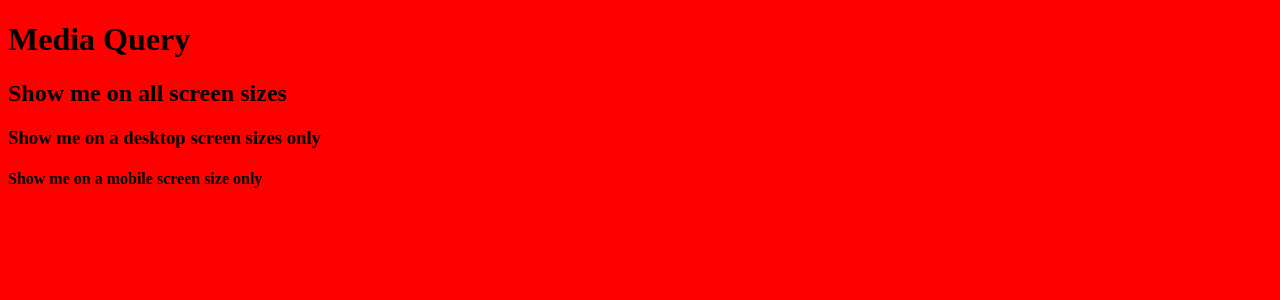
Repository: UnegbuAbigail/3-columns-cards
Page: mediaquery.html
An editor plug-in stored every save of this project. The page is shown before and after the next save, followed by the edit.
The browser window is 1280 px wide. The pictures show the whole page.

Above is the page before, as saved 2024-08-03 15:14:01.

After the next save:
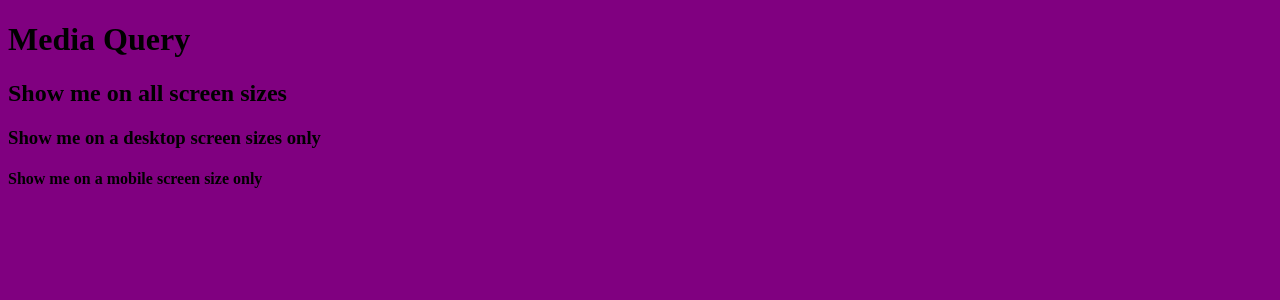
Saved 4 min 26 s later.
--- a/mediaquery.css
+++ b/mediaquery.css
@@ -3,3 +3,39 @@
 }
 
 /* max-width */
+body{
+    background-color: red;
+}
+
+/* max-width */
+/* @media(max-width:768px){
+body{
+    background-color: pink;
+}
+}
+@media(max-width:425px){
+body{
+    background-color: blue;
+}
+}
+@media(max-width:375px){
+body{
+    background-color: purple;
+}
+} */
+/* min-width */
+@media(min-width:425px){
+body{
+    background-color: green;
+}
+}
+@media(min-width:768px){
+body{
+    background-color: blue;
+}
+}
+@media(min-width:1024px){
+body{
+    background-color: purple;
+}
+}

After the 2 saves that followed:
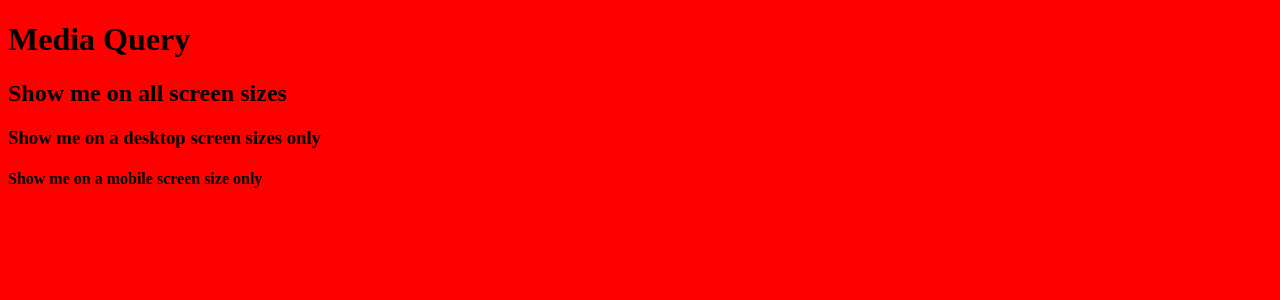
The 2 saves are shown as one change because 1 left the picture as it was.
The last was saved 4 min 57 s later.
--- a/mediaquery.css
+++ b/mediaquery.css
@@ -2,10 +2,7 @@
     background-color: red;
 }
 
-/* max-width */
-body{
-    background-color: red;
-}
+
 
 /* max-width */
 /* @media(max-width:768px){
@@ -24,7 +21,7 @@
 }
 } */
 /* min-width */
-@media(min-width:425px){
+/* @media(min-width:425px){
 body{
     background-color: green;
 }
@@ -38,4 +35,4 @@
 body{
     background-color: purple;
 }
-}
+} */
